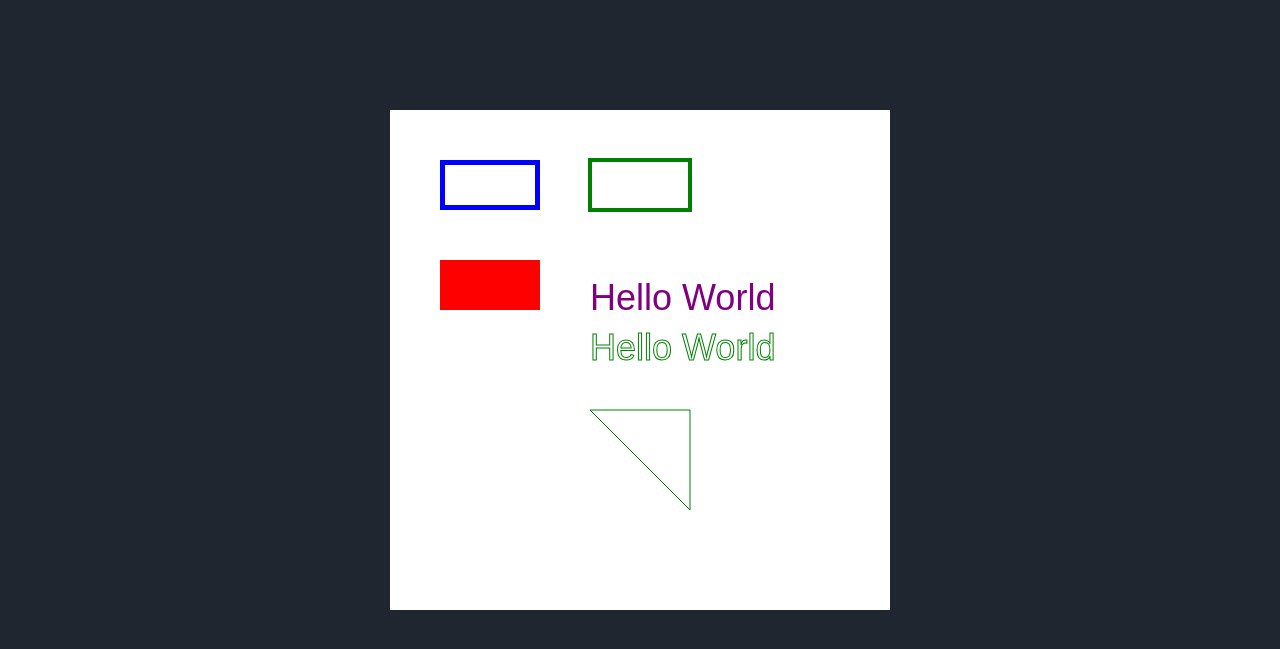
Repository: thecodeholic/cst-javascript-course
Page: /
These files come from the project's save history. The page is drawn as it stood at one moment and after the next save; the edit follows.
The browser window is 1280 px wide. The pictures show the whole page.
The project was rebuilt for these pictures with package versions that can differ from the ones it lists, and the page was loaded fresh each time.

Above is the page before, as saved 2020-11-25 09:45:13.

### index.html
<!doctype html>
<html lang="en">
  <head>
    <!-- Required meta tags -->
    <meta charset="utf-8">
    <meta name="viewport" content="width=device-width, initial-scale=1, shrink-to-fit=no">

    <!-- Bootstrap CSS -->
    <link rel="stylesheet" href="https://stackpath.bootstrapcdn.com/bootstrap/4.5.2/css/bootstrap.min.css" integrity="sha384-JcKb8q3iqJ61gNV9KGb8thSsNjpSL0n8PARn9HuZOnIxN0hoP+VmmDGMN5t9UJ0Z" crossorigin="anonymous">

    <title>Javascript Course</title>

    <link rel="stylesheet" href="app.css">
  </head>
  <body>
    <canvas id="myCanvas" width="500" height="500">Your browser does not support canvas</canvas>
    <script src="app.js"></script>
    <!-- <script src="homework.js"></script> -->
  </body>
</html>

### app.css
* {
    box-sizing: border-box;
}
html {
    height: 100%;
}

body {
    background-color: rgb(31, 38, 48);
    display: flex;
    align-items: center;
    justify-content: center;
    height: 100%;;
}

canvas {
    background-color: #FFF;

}

### app.js
// What is canvas?
// https://developer.mozilla.org/en-US/docs/Web/API/Canvas_API/Tutorial
// https://www.w3schools.com/html/html5_canvas.asp
// https://www.w3schools.com/graphics/canvas_intro.asp
// https://www.w3schools.com/graphics/canvas_reference.asp
// https://developer.mozilla.org/en-US/docs/Web/API/Canvas_API

// How to create it and use it
const canvas = document.getElementById('myCanvas');
const ctx = canvas.getContext('2d');

// Draw rectangles
// =================
// fillRect
ctx.fillStyle = 'blue';
ctx.fillRect(50, 50, 100, 50);
ctx.fillStyle = 'red';
ctx.fillRect(50, 150, 100, 50)

// strokeRect
ctx.strokeStyle = 'green';
ctx.lineWidth = 4;
ctx.strokeRect(200, 50, 100, 50);

// clearRect
ctx.clearRect(55, 55, 90, 40);

// fillText
ctx.font = '36px Arial';
ctx.fillStyle = 'purple';
ctx.fillText("Hello World", 200, 200)

// strokeText
ctx.lineWidth = 1;
ctx.strokeText("Hello World", 200, 250);

// Paths   beginPath, moveTo, lineTo, closePath, stroke, fill
// ==============
ctx.moveTo(200, 300);
ctx.lineTo(300, 300);
ctx.lineTo(300, 400);
ctx.lineTo(200, 300);
ctx.stroke();

// Arcs
// ====================

// Draw image
// ====================

// Write text
// ====================

// Ball animation

Loaded but not shown: src/index.js (no copy from this time; the picture is the same without it)

After the next save:
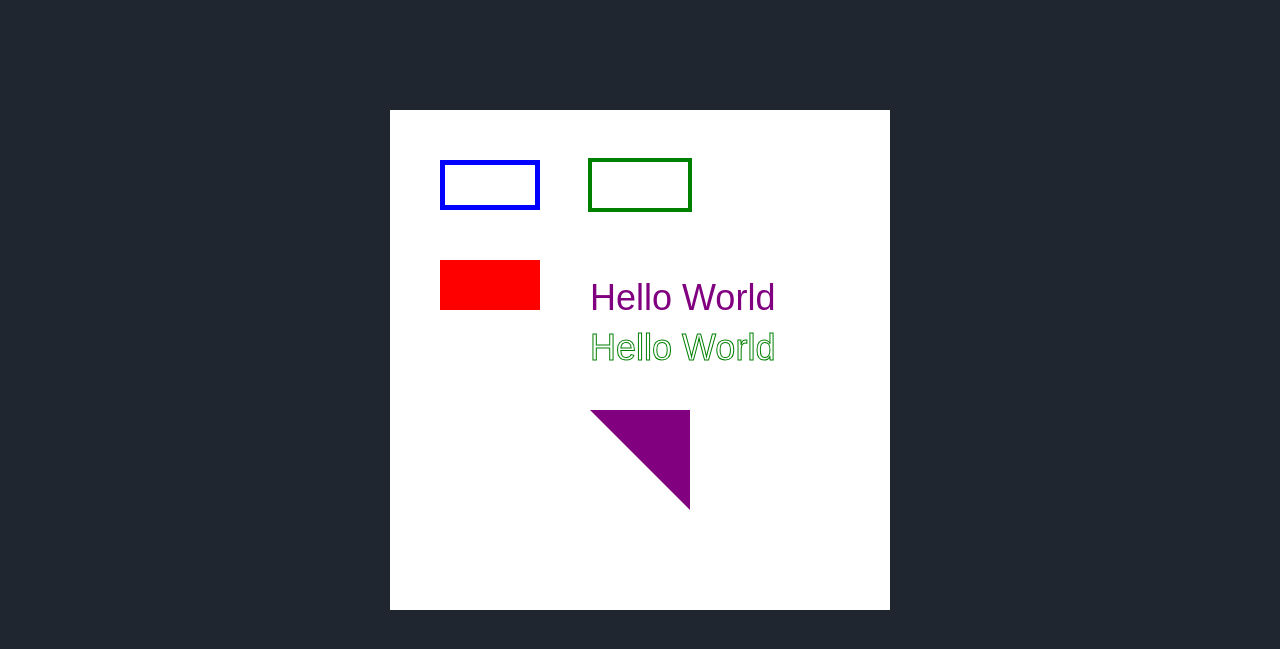
Saved 4 s later.
--- a/app.js
+++ b/app.js
@@ -40,7 +40,7 @@ ctx.moveTo(200, 300);
 ctx.lineTo(300, 300);
 ctx.lineTo(300, 400);
 ctx.lineTo(200, 300);
-ctx.stroke();
+ctx.fill();
 
 // Arcs
 // ====================
